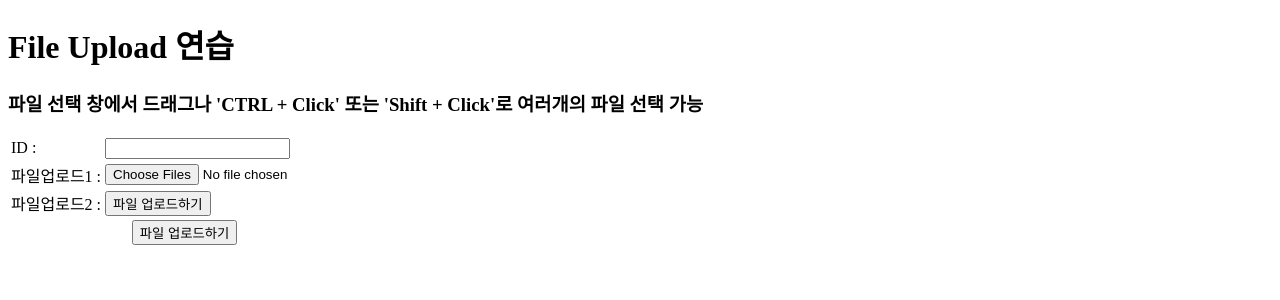
Repository: p2terkim/servletWork
Page: http://localhost/servletTest/basic/fileupload/allfiles.jsp
These files come from the project's save history. The page is drawn as it stood at one moment and after the next save; the edit follows.
The browser window is 1280 px wide. The pictures show the whole page.
The page is served by Tomcat 9. Other server files are loaded and not shown.

Above is the page before, as saved 2021-05-21 06:19:07.

### servletTest/WebContent/basic/fileupload/allfiles.jsp
<%@ page language="java" contentType="text/html; charset=UTF-8"
    pageEncoding="UTF-8"%>
<!DOCTYPE html>
<html>
<head>
<meta charset="UTF-8">
<title>File Upload 연습</title>
</head>
<body>
<h1>File Upload 연습</h1>
<h3>파일 선택 창에서 드래그나 'CTRL + Click' 또는 'Shift + Click'로 여러개의 파일 선택 가능</h3>
<!--
	파일을 전송할 때 <form>태그 구성하는 방법
	1. method는 반드시 'post'이어야 한다.
	2. enctype 속성에 'multipart/form-data'를 반드시 지정해야한다.
 -->


<form method="post" enctype="multipart/form-data" action="<%=request.getContextPath()%>/file/FileUpload.do">
<table>
<tr>
	<td>ID : </td>
	<td><input type="text" name="memid"></td>
</tr>
<tr>
	<td>파일업로드1 : </td>
	<td><input type="file" name="fileup1" multiple></td>
</tr>
<tr>
	<td>파일업로드2 : </td>
	<td><input type="submit" value="파일 업로드하기"></td>
</tr>
<tr>
	<td colspan="2" style="text-align:center;"><input type="submit" value="파일 업로드하기"></td>
</tr>
</table>

</form>
</body>
</html>

After the next save:
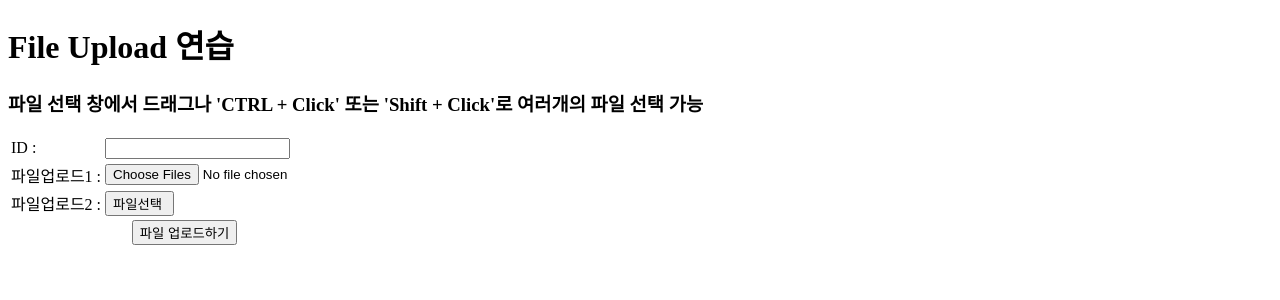
Saved 4 min 38 s later.
--- a/servletTest/WebContent/basic/fileupload/allfiles.jsp
+++ b/servletTest/WebContent/basic/fileupload/allfiles.jsp
@@ -28,7 +28,7 @@
 </tr>
 <tr>
 	<td>파일업로드2 : </td>
-	<td><input type="submit" value="파일 업로드하기"></td>
+	<td><input type="submit" value="파일선택 "></td>
 </tr>
 <tr>
 	<td colspan="2" style="text-align:center;"><input type="submit" value="파일 업로드하기"></td>
